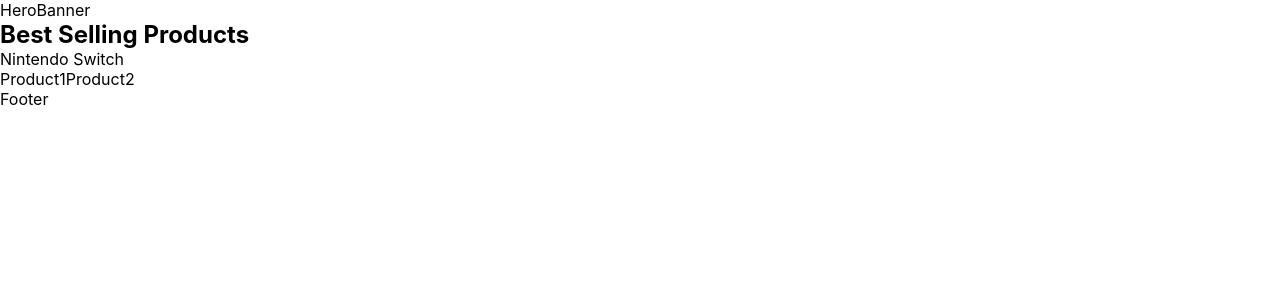
Repository: Josephdiaz99/ecomerceNextJS
Page: /
These files come from the project's save history. The page is drawn as it stood at one moment and after the next save; the edit follows.
The browser window is 1280 px wide. The pictures show the whole page.
The project was rebuilt for these pictures with package versions that can differ from the ones it lists, and the page was loaded fresh each time. The framework's server and built-in components were replaced by stand-ins that run in the browser. Also part of the build but not shown: next.config.js.

Above is the page before, as saved 2022-07-11 10:17:13.

After the next save:
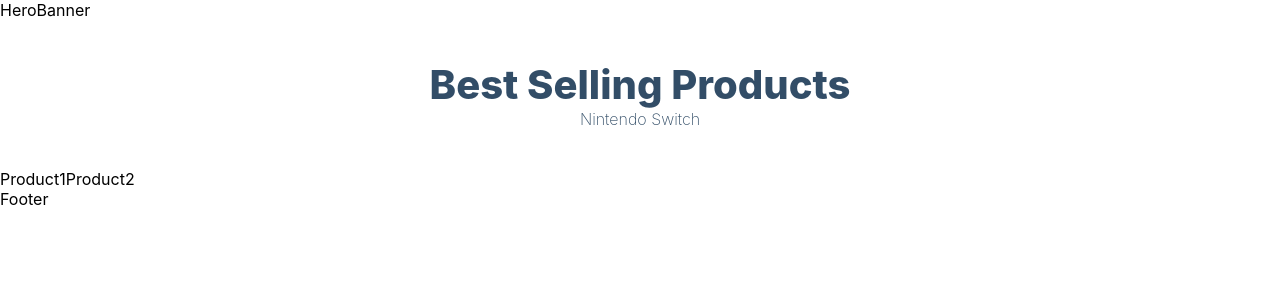
Saved 77 s later.
--- a/pages/index.js
+++ b/pages/index.js
@@ -6,7 +6,7 @@
     <>
       HeroBanner
 
-      <div>
+      <div className='products-heading' >
         <h2>Best Selling Products</h2>
         <p>Nintendo Switch</p>
       </div>
